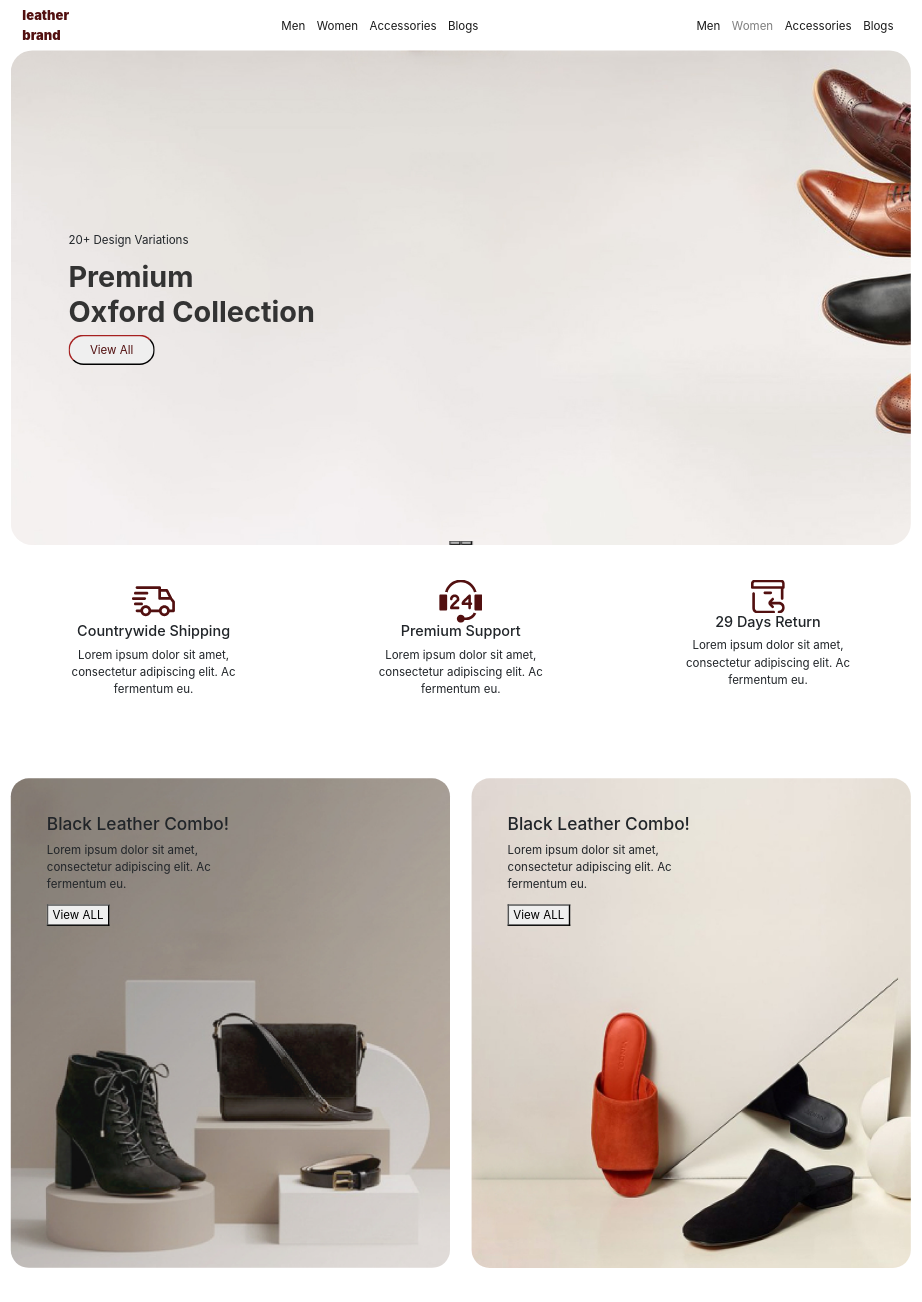
Repository: arif286/fashion-house
Page: /
An editor plug-in stored every save of this project. The page is shown before and after the next save, followed by the edit.
The browser window is 1280 px wide. The pictures show the whole page, at 72% of full size.
The project was rebuilt for these pictures with package versions that can differ from the ones it lists, and the page was loaded fresh each time. The framework's server and built-in components were replaced by stand-ins that run in the browser. Also part of the build but not shown: nuxt.config.js, components/Contact.vue, components/DisplayCollection.vue, components/Footer.vue, components/NuxtLogo.vue, components/Products.vue, components/Tutorial.vue.

Above is the page before, as saved 2021-07-12 05:21:42.

### components/Nav.vue
<template>
  <nav class="navbar container navbar-expand-lg navbar-light">
    <div class="container-fluid">
      <div class="nav-title">
        <span>leather</span>
        <br />
        <span>brand</span>
      </div>
      <button
        class="navbar-toggler"
        type="button"
        data-bs-toggle="collapse"
        data-bs-target="#navbarSupportedContent"
        aria-controls="navbarSupportedContent"
        aria-expanded="false"
        aria-label="Toggle navigation"
      >
        <span class="navbar-toggler-icon"></span>
      </button>
      <div id="navbarSupportedContent" class="collapse navbar-collapse">
        <div class="d-flex justify-content-center w-100">
          <ul class="navbar-nav mb-2 mb-lg-0">
            <li class="nav-item">
              <a class="nav-link active" aria-current="page" href="#">Men</a>
            </li>
            <li class="nav-item">
              <a class="nav-link active" href="#">Women</a>
            </li>
            <li class="nav-item">
              <a class="nav-link active" href="#"> Accessories </a>
            </li>
            <li class="nav-item">
              <a class="nav-link active" href="#">Blogs</a>
            </li>
          </ul>
        </div>
        <div class="ml-auto">
          <ul class="navbar-nav mb-2 mb-lg-0">
            <li class="nav-item">
              <a class="nav-link active" aria-current="page" href="#">Men</a>
            </li>
            <li class="nav-item">
              <a class="nav-link" href="#">Women</a>
            </li>
            <li class="nav-item">
              <a class="nav-link active" href="#"> Accessories </a>
            </li>
            <li class="nav-item">
              <a class="nav-link active" href="#">Blogs</a>
            </li>
          </ul>
        </div>
      </div>
    </div>
  </nav>
</template>

<script></script>
<style scoped>
.nav-title {
  color: #521010;
  font-weight: 900;
  font-size: 18px;
}
.nav-title:hover {
  color: #521010;
  font-weight: bold;
}
.nav-item a {
  color: #000;
}
</style>

### components/NewCollection.vue
<template>
  <div class="container">
    <div class="row">
      <div
        v-for="item in collections"
        :key="item.id"
        class="col-md-6 col-12 mb-5"
      >
        <div class="card-content" :class="item.class">
          <div class="card-body">
            <h4>{{ item.title }}</h4>
            <p>{{ item.text }}</p>
            <button>View ALL</button>
          </div>
        </div>
      </div>
    </div>
  </div>
</template>
<script>
export default {
  props: {
    collections: {
      type: Array,
      required: true,
    },
  },
}
</script>
<style>
.newArrival {
  background-image: url('@/assets/Images/newarrivals1.png');
}
.promo {
  background-image: url('@/assets/Images/promo.png');
}
.card-content {
  background-repeat: no-repeat;
  background-size: cover;
  height: 680px;
  border-radius: 25px;
}
.card-body {
  padding: 50px;
  width: 400px;
}
</style>

### components/Service.vue
<template>
  <div class="container mb-5">
    <div class="row">
      <div
        v-for="service in services"
        :key="service.id"
        class="col-md-4 col-12 mb-5"
      >
        <div class="d-flex justify-content-center">
          <div class="service-box text-center">
            <img :src="require(`@/assets/Images/${service.image}`)" alt="" />
            <h5>{{ service.title }}</h5>
            <p>{{ service.text }}</p>
          </div>
        </div>
      </div>
    </div>
  </div>
</template>

<script>
export default {
  props: {
    services: { type: Array, required: true },
  },
}
</script>
<style>
.service-box {
  width: 250px;
}
</style>

### components/Slider.vue
<template>
  <div class="container mb-5">
    <div
      id="carouselExampleIndicators"
      class="carousel slide"
      data-bs-ride="carousel"
    >
      <div class="carousel-indicators">
        <button
          type="button"
          data-bs-target="#carouselExampleIndicators"
          data-bs-slide-to="0"
          class="active"
          aria-current="true"
          aria-label="Slide 1"
        ></button>
        <button
          type="button"
          data-bs-target="#carouselExampleIndicators"
          data-bs-slide-to="1"
          aria-label="Slide 2"
        ></button>
      </div>
      <div class="carousel-inner">
        <div class="carousel-item active d-flex align-items-center">
          <div class="slider-content">
            <p>20+ Design Variations</p>
            <h1>
              Premium
              <br />
              Oxford Collection
            </h1>
            <button>View All</button>
          </div>
        </div>
        <div class="carousel-item">
          <div class="slider-content">
            <p>20+ Design Variations</p>
            <h1>
              Premium
              <br />
              Oxford Collection
            </h1>
            <button>View All</button>
          </div>
        </div>
      </div>
    </div>
  </div>
</template>

<script></script>
<style>
.carousel-item {
  background-image: url('@/assets/Images/hero1.png');
  background-repeat: no-repeat;
  width: 100%;
  background-size: cover;
  height: 687px;
  border-radius: 30px;
}
.slider-content {
  margin-left: 80px;
}
.slider-content h1 {
  color: #333333;
  font-weight: 700;
}
.slider-content button {
  border-radius: 30px;
  width: 120px;
  padding: 7px 15px;
  border-color: #521010;
  color: #521010;
}
</style>

### pages/index.vue
<template>
  <div>
    <Nav />
    <Slider />
    <Service :services="serviceData" />
    <NewCollection :collections="collections" />
  </div>
</template>

<script>
import { serviceData, newCollectionData } from '@/assets/data.js'
export default {
  data() {
    return {
      serviceData,
      collections: newCollectionData,
    }
  },
}
</script>
<style>
@import url('https://fonts.googleapis.com/css2?family=Roboto:ital,wght@0,100;0,300;0,400;0,500;0,700;0,900;1,100;1,300;1,400;1,500;1,700;1,900&display=swap');

.body {
  font-family: 'Roboto', sans-serif;
}
.container {
  max-width: 1780px;
}
</style>

### assets/data.js
export const serviceData = [
  {
    id: 1,
    image: 'delivery.svg',
    title: 'Countrywide Shipping',
    text: 'Lorem ipsum dolor sit amet, consectetur adipiscing elit. Ac fermentum eu.',
  },
  {
    id: 2,
    image: 'call-center.svg',
    title: 'Premium Support',
    text: 'Lorem ipsum dolor sit amet, consectetur adipiscing elit. Ac fermentum eu.',
  },
  {
    id: 3,
    image: 'return.svg',
    title: '29 Days Return',
    text: 'Lorem ipsum dolor sit amet, consectetur adipiscing elit. Ac fermentum eu.'
  }
]

export const newCollectionData = [
  {
    id: 2,
    class: 'newArrival',
    title: 'Black Leather Combo!',
    text: 'Lorem ipsum dolor sit amet, consectetur adipiscing elit. Ac fermentum eu.',
  },
  {
    id: 3,
    class: 'promo',
    title: 'Black Leather Combo!',
    text: 'Lorem ipsum dolor sit amet, consectetur adipiscing elit. Ac fermentum eu.',
  }
]

After the next save:
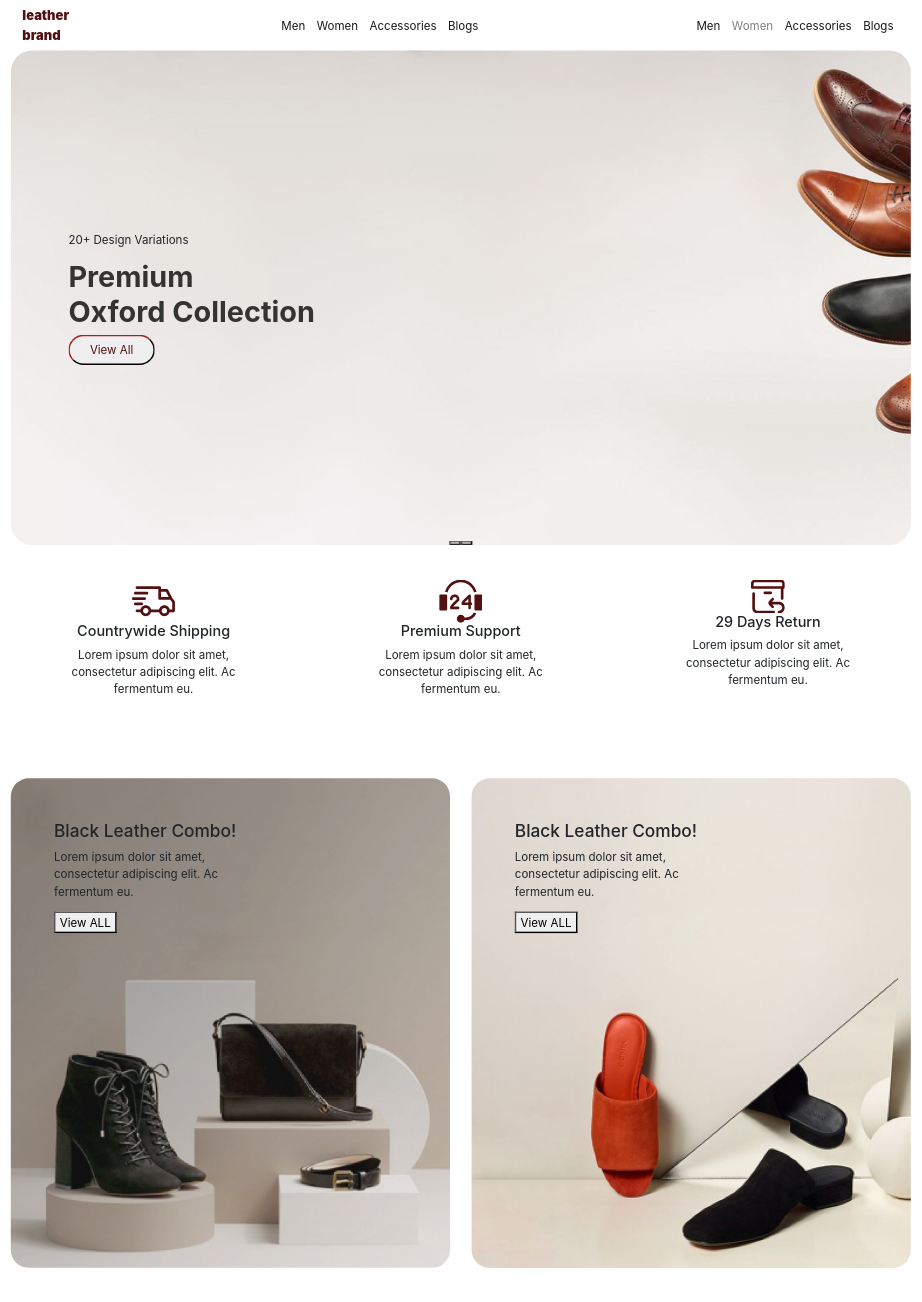
Saved 13 s later.
--- a/components/NewCollection.vue
+++ b/components/NewCollection.vue
@@ -41,7 +41,7 @@ export default {
   border-radius: 25px;
 }
 .card-body {
-  padding: 50px;
+  padding: 60px;
   width: 400px;
 }
 </style>
